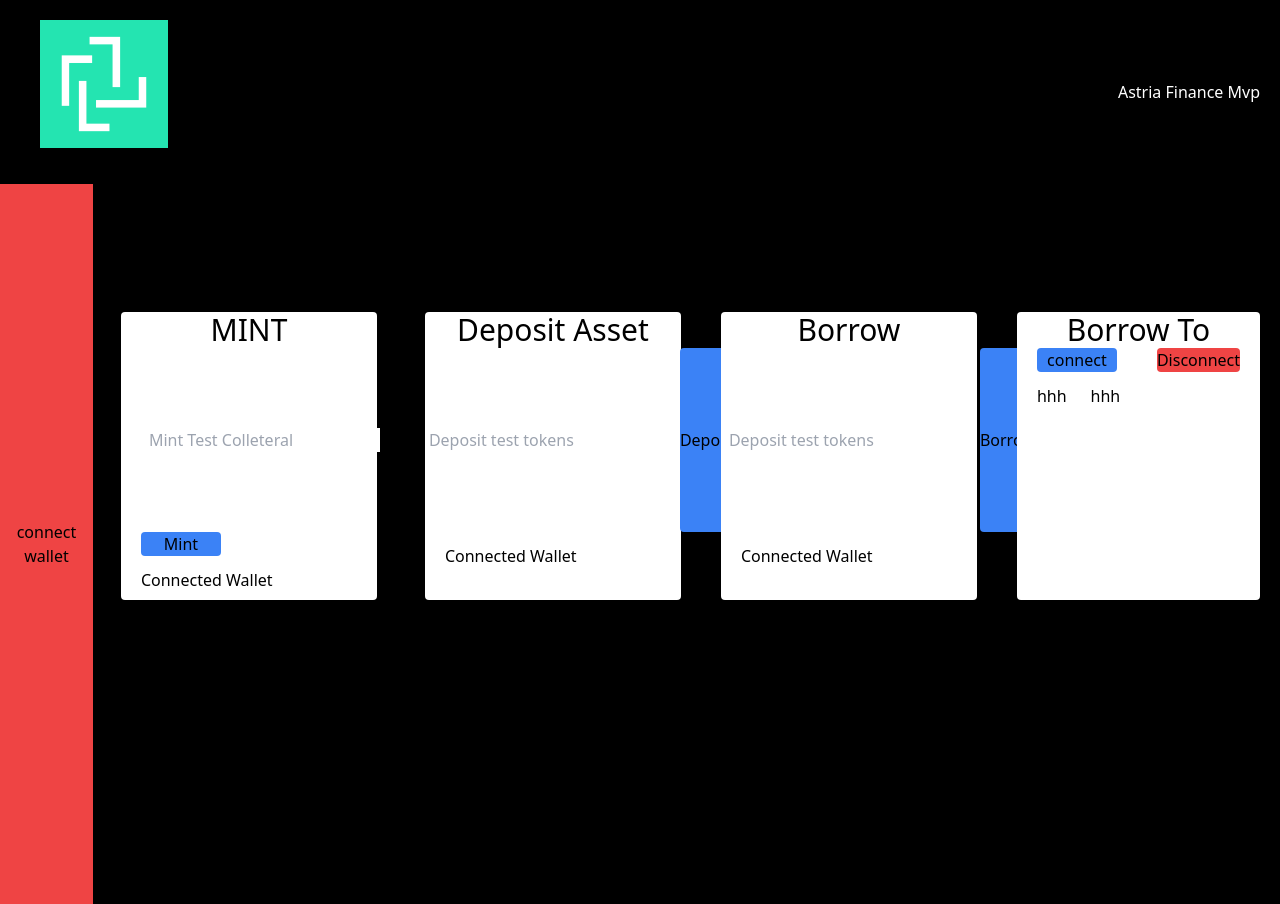
Repository: AstriaFinance/AstriaMvp
Page: /
The author's editor kept a copy of each file at every save. The page is drawn from the files as they stood at one save, then again after the next save.
The browser window is 1280 px wide. The pictures show the whole page.
The project was rebuilt for these pictures with package versions that can differ from the ones it lists, and the page was loaded fresh each time. Also part of the build but not shown: src/components/About.jsx, src/components/Shop.jsx, src/components/ErrorPage.jsx.

Above is the page before, as saved 2022-06-21 21:45:09.

### src/App.js
import {Nav, Home} from "./components"

function App() {
  return (

    <div>

      <Nav/>
      <Home/>
      </div>

  );
}

export default App;

### src/components/index.js
export{default as About} from "./About"
export{default as Nav} from "./Nav"
export{default as Shop} from "./Shop"
export {default as ErrorPage} from "./ErrorPage"
export{default as Home} from "./Home"

### src/components/Nav.jsx
import React from 'react'
import logo from "../static/astria2.jpg"
const Nav = () => {
  return (

        <nav className='bg-black flex justify-between '>
        <img src={logo} alt="" className='h-32 mt-5 mx-10' />
        <div className='text-white my-20 mx-5'>Astria Finance Mvp</div>





    </nav>



  )
}

export default Nav

### src/components/Home.jsx
import React, { useEffect, useState } from 'react'
import astriaPorta_abi from "../contracts/astriaPorta_abi.json"
import { ethers } from 'ethers'
const Home = () => {
    const contractAddress="0x4eCeF62f1974173106d7296306073eD286Df6904"

    const[conButtonText, setConButtonText]=useState("connect wallet")
    const [errorMessage, setErrorMessage]=useState(null)
    const[defaultAccount, setDefaultAccount]= useState(null)
    const[provider, setProvider]=useState(null)
    const [signer, setSigner]=useState(null)
    const [contract, setContract]=useState(null)
    const [transferHash, setTransferHah]=useState(null)

    const connectWalletHandler =()=>{
      if (window.ethereum ){
        window.ethereum.request({method:"eth_requestAccounts"})
        .then(result=>{
          accountChangedHandler(result[0])
          setConButtonText ("Wallet connected")
        })
        .catch(error=>{
          setErrorMessage(error.message)
        })
      }else{
        console.log("Install Metamask")
        setErrorMessage("Please install metamask")
      }
    }

    const accountChangedHandler=(newAddress)=>{
      setDefaultAccount(newAddress)
      updateEthers()
    }

    const updateEthers=()=>{
      let tempProvider= new ethers.providers.Web3Provider(window.ethereum)
      let tempSigner=tempProvider.getSigner()
      let tempContract= new ethers.Contract(contractAddress, astriaPorta_abi, tempSigner)
      setProvider(tempProvider)
      setSigner(tempSigner)
      setContract(tempContract)

    }

    const mintHandler=async (e)=>{
      e.preventDefault()
      let mintAmount=e.target.mintAmount.value

      let txn=await contract.Mint(mintAmount)
      setTransferHah(txn)

    }

    const depositHandler=async (e)=>{
      e.preventDefault()
    }

    useEffect(()=>{
      if(contract!=null){

      }
    },[])
  return (
    <div>
    <p>{errorMessage}</p>
<div className="bg-black flex overflow-x-auto h-screen ">
<button className='bg-red-500' onClick={connectWalletHandler}>{conButtonText}</button>

 <div className="bg-white h-72 w-64 rounded my-32 mx-7">

  <div className="container flex justify-center text-3xl">MINT</div>
  <div className="flex justify-between">
    <form onSubmit={mintHandler}>
    <input id="mintAmount" type="number" placeholder='Mint Test Colleteral' className='my-20 ml-7 hover:bg-red-500' />
    <button className="bg-blue-500 rounded mx-5 w-20  ">Mint</button></form>
  </div>
   <ul className="mx-5 my-3 flex gap-6">
     <li>Connected Wallet</li>
     <li>{defaultAccount}</li>
   </ul>
 </div>

 <div className="bg-white h-72 w-64 rounded mx-5 my-32">

  <div class="container flex justify-center text-3xl">Deposit Asset</div>
  <div className="flex justify-between">
    <input type="text" placeholder='Deposit test tokens' className='my-20 ml-1 hover:bg-red-500' />
    <button className="bg-blue-500 rounded mx-5 w-20  ">Deposit</button>
  </div>
   <ul className="mx-5 my-3 flex gap-6">
     <li>Connected Wallet{transferHash}</li>
     <li>{defaultAccount}</li>
   </ul>
 </div>
 <div className="bg-white h-72 w-64 rounded mx-5 my-32">

  <div className="container flex justify-center text-3xl">Borrow</div>
  <div className="flex justify-between">
  <input type="text" placeholder='Deposit test tokens' className='my-20 ml-2 rounded hover:bg-red-500' />
    <button className="bg-blue-500 rounded mx-5 w-20  ">Borrow</button>
  </div>
   <ul className="mx-5 my-3 flex gap-6">
     <li>Connected Wallet</li>
     <li>{defaultAccount}</li>
   </ul>
 </div>

 <div className="bg-white h-72 w-64 rounded mx-5 my-32">

  <div className="container flex justify-center text-3xl">Borrow To</div>
  <div className="flex justify-between">
  <button className="bg-blue-500 rounded mx-5 w-20 ">connect</button>
   <button className="bg-red-500 rounded mx-5">Disconnect</button>
  </div>
   <ul className="mx-5 my-3 flex gap-6">
     <li>hhh</li>
     <li>hhh</li>
   </ul>
 </div>


 </div>
 </div>
  )
}

export default Home

### src/contracts/astriaPorta_abi.json
[
	{
		"inputs": [
			{
				"internalType": "contract IXAP",
				"name": "_XAP",
				"type": "address"
			}
		],
		"stateMutability": "nonpayable",
		"type": "constructor"
	},
	{
		"anonymous": false,
		"inputs": [
			{
				"indexed": true,
				"internalType": "address",
				"name": "masterContract",
				"type": "address"
			},
			{
				"indexed": false,
				"internalType": "bytes",
				"name": "data",
				"type": "bytes"
			},
			{
				"indexed": true,
				"internalType": "address",
				"name": "cloneAddress",
				"type": "address"
			}
		],
		"name": "LogDeploy",
		"type": "event"
	},
	{
		"anonymous": false,
		"inputs": [
			{
				"indexed": false,
				"internalType": "address",
				"name": "to",
				"type": "address"
			},
			{
				"indexed": false,
				"internalType": "uint256",
				"name": "amount",
				"type": "uint256"
			}
		],
		"name": "Minted",
		"type": "event"
	},
	{
		"anonymous": false,
		"inputs": [
			{
				"indexed": false,
				"internalType": "address",
				"name": "from",
				"type": "address"
			},
			{
				"indexed": false,
				"internalType": "uint256",
				"name": "amount",
				"type": "uint256"
			}
		],
		"name": "borrowed",
		"type": "event"
	},
	{
		"anonymous": false,
		"inputs": [
			{
				"indexed": false,
				"internalType": "address",
				"name": "from",
				"type": "address"
			},
			{
				"indexed": false,
				"internalType": "uint256",
				"name": "amount",
				"type": "uint256"
			}
		],
		"name": "deposited",
		"type": "event"
	},
	{
		"inputs": [],
		"name": "BORROW_OPENING_FEE",
		"outputs": [
			{
				"internalType": "uint256",
				"name": "",
				"type": "uint256"
			}
		],
		"stateMutability": "view",
		"type": "function"
	},
	{
		"inputs": [],
		"name": "COLLATERIZATION_RATE",
		"outputs": [
			{
				"internalType": "uint256",
				"name": "",
				"type": "uint256"
			}
		],
		"stateMutability": "view",
		"type": "function"
	},
	{
		"inputs": [],
		"name": "LIQUIDATION_MULTIPLIER",
		"outputs": [
			{
				"internalType": "uint256",
				"name": "",
				"type": "uint256"
			}
		],
		"stateMutability": "view",
		"type": "function"
	},
	{
		"inputs": [
			{
				"internalType": "uint256",
				"name": "_amount",
				"type": "uint256"
			}
		],
		"name": "Mint",
		"outputs": [],
		"stateMutability": "nonpayable",
		"type": "function"
	},
	{
		"inputs": [],
		"name": "XAP",
		"outputs": [
			{
				"internalType": "contract IXAP",
				"name": "",
				"type": "address"
			}
		],
		"stateMutability": "view",
		"type": "function"
	},
	{
		"inputs": [
			{
				"internalType": "address",
				"name": "_spender",
				"type": "address"
			},
			{
				"internalType": "uint256",
				"name": "_amount",
				"type": "uint256"
			}
		],
		"name": "approve",
		"outputs": [],
		"stateMutability": "nonpayable",
		"type": "function"
	},
	{
		"inputs": [
			{
				"internalType": "uint256",
				"name": "amount",
				"type": "uint256"
			}
		],
		"name": "borrow",
		"outputs": [],
		"stateMutability": "nonpayable",
		"type": "function"
	},
	{
		"inputs": [
			{
				"internalType": "uint16",
				"name": "_dstChainId",
				"type": "uint16"
			},
			{
				"internalType": "bytes",
				"name": "_to",
				"type": "bytes"
			},
			{
				"internalType": "uint256",
				"name": "amount",
				"type": "uint256"
			},
			{
				"internalType": "address",
				"name": "_zroPaymentAddress",
				"type": "address"
			},
			{
				"internalType": "bytes",
				"name": "_adapterParam",
				"type": "bytes"
			}
		],
		"name": "borrowTo",
		"outputs": [],
		"stateMutability": "nonpayable",
		"type": "function"
	},
	{
		"inputs": [],
		"name": "collateral",
		"outputs": [
			{
				"internalType": "contract ITestETH",
				"name": "",
				"type": "address"
			}
		],
		"stateMutability": "view",
		"type": "function"
	},
	{
		"inputs": [
			{
				"internalType": "address",
				"name": "masterContract",
				"type": "address"
			},
			{
				"internalType": "bytes",
				"name": "data",
				"type": "bytes"
			},
			{
				"internalType": "bool",
				"name": "useCreate2",
				"type": "bool"
			}
		],
		"name": "deploy",
		"outputs": [
			{
				"internalType": "address",
				"name": "cloneAddress",
				"type": "address"
			}
		],
		"stateMutability": "payable",
		"type": "function"
	},
	{
		"inputs": [
			{
				"internalType": "uint256",
				"name": "amount",
				"type": "uint256"
			}
		],
		"name": "deposit",
		"outputs": [],
		"stateMutability": "payable",
		"type": "function"
	},
	{
		"inputs": [
			{
				"internalType": "address",
				"name": "",
				"type": "address"
			}
		],
		"name": "depositsToAmount",
		"outputs": [
			{
				"internalType": "uint256",
				"name": "",
				"type": "uint256"
			}
		],
		"stateMutability": "view",
		"type": "function"
	},
	{
		"inputs": [],
		"name": "feeTo",
		"outputs": [
			{
				"internalType": "address",
				"name": "",
				"type": "address"
			}
		],
		"stateMutability": "view",
		"type": "function"
	},
	{
		"inputs": [
			{
				"internalType": "bytes",
				"name": "data",
				"type": "bytes"
			}
		],
		"name": "init",
		"outputs": [],
		"stateMutability": "payable",
		"type": "function"
	},
	{
		"inputs": [
			{
				"internalType": "address",
				"name": "",
				"type": "address"
			}
		],
		"name": "masterContractOf",
		"outputs": [
			{
				"internalType": "address",
				"name": "",
				"type": "address"
			}
		],
		"stateMutability": "view",
		"type": "function"
	},
	{
		"inputs": [],
		"name": "oracle",
		"outputs": [
			{
				"internalType": "contract IOracle",
				"name": "",
				"type": "address"
			}
		],
		"stateMutability": "view",
		"type": "function"
	},
	{
		"inputs": [],
		"name": "oracleData",
		"outputs": [
			{
				"internalType": "bytes",
				"name": "",
				"type": "bytes"
			}
		],
		"stateMutability": "view",
		"type": "function"
	},
	{
		"inputs": [
			{
				"internalType": "contract ITestETH",
				"name": "_collateral",
				"type": "address"
			}
		],
		"name": "setTestColleteral",
		"outputs": [],
		"stateMutability": "nonpayable",
		"type": "function"
	},
	{
		"inputs": [],
		"name": "testColleteral",
		"outputs": [
			{
				"internalType": "contract ITestETH",
				"name": "",
				"type": "address"
			}
		],
		"stateMutability": "view",
		"type": "function"
	},
	{
		"inputs": [],
		"name": "totalDeposits",
		"outputs": [
			{
				"internalType": "uint256",
				"name": "",
				"type": "uint256"
			}
		],
		"stateMutability": "view",
		"type": "function"
	}
]

Loaded but not shown: public/index.html (common file); src/index.js (common file); src/index.css (common file); src/reportWebVitals.js (common file); tailwind.config.js (common file)

After the next save:
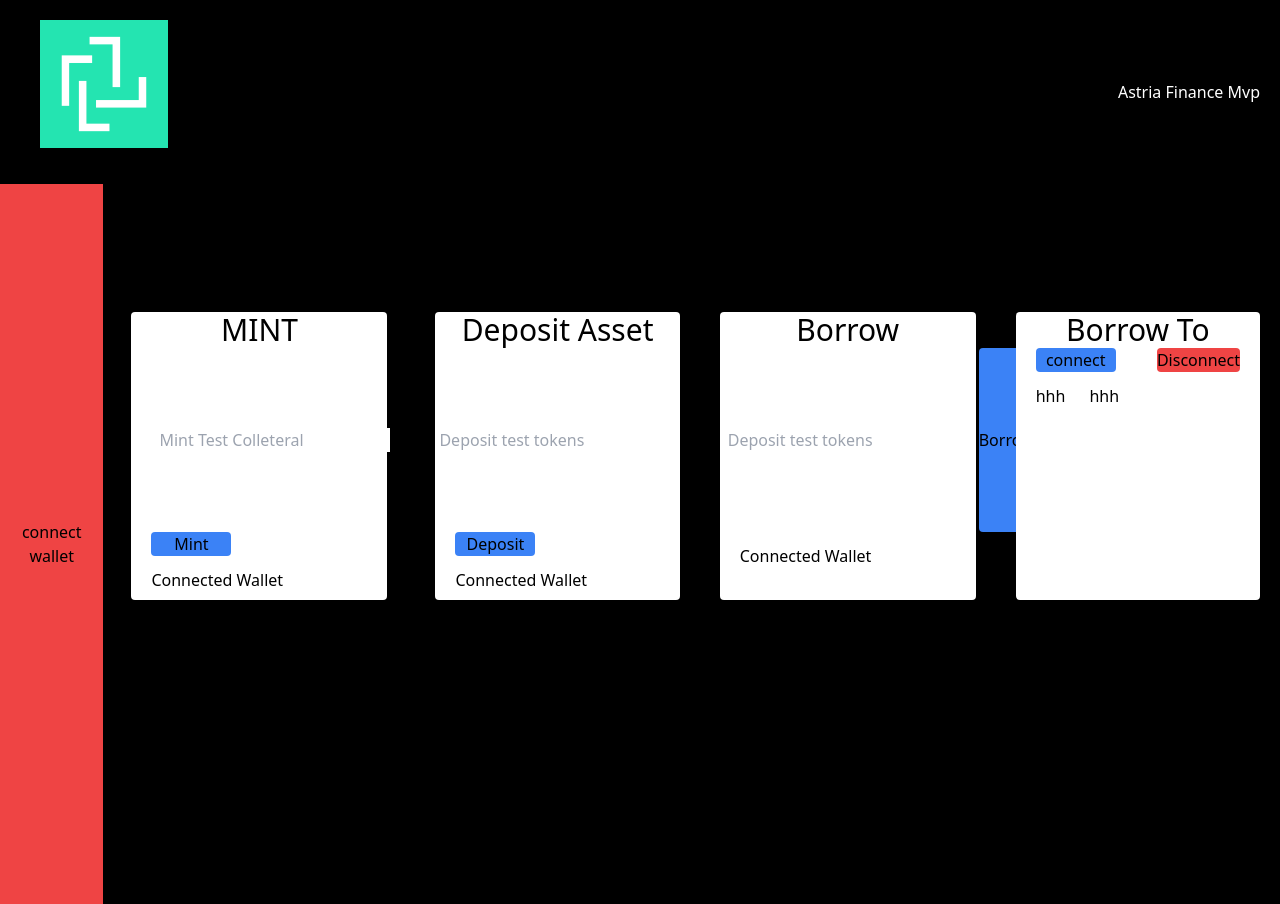
Saved 26 min 48 s later.
--- a/src/components/Home.jsx
+++ b/src/components/Home.jsx
@@ -11,6 +11,7 @@ const Home = () => {
     const [signer, setSigner]=useState(null)
     const [contract, setContract]=useState(null)
     const [transferHash, setTransferHah]=useState(null)
+    const [depositHash, setDepositHash]=useState(null)
 
     const connectWalletHandler =()=>{
       if (window.ethereum ){
@@ -54,6 +55,9 @@ const Home = () => {
 
     const depositHandler=async (e)=>{
       e.preventDefault()
+      let depositAmount=e.target.depositAmount.value
+      let depositTxn=await contract.deposit(depositAmount)
+      setDepositHash(depositTxn)
     }
 
     useEffect(()=>{
@@ -85,8 +89,9 @@ const Home = () => {
 
   <div class="container flex justify-center text-3xl">Deposit Asset</div>
   <div className="flex justify-between">
-    <input type="text" placeholder='Deposit test tokens' className='my-20 ml-1 hover:bg-red-500' />
-    <button className="bg-blue-500 rounded mx-5 w-20  ">Deposit</button>
+    <form onSubmit={depositHandler}>
+    <input id="depositAmount" type="text" placeholder='Deposit test tokens' className='my-20 ml-1 hover:bg-red-500' />
+    <button className="bg-blue-500 rounded mx-5 w-20  ">Deposit</button></form>
   </div>
    <ul className="mx-5 my-3 flex gap-6">
      <li>Connected Wallet{transferHash}</li>
